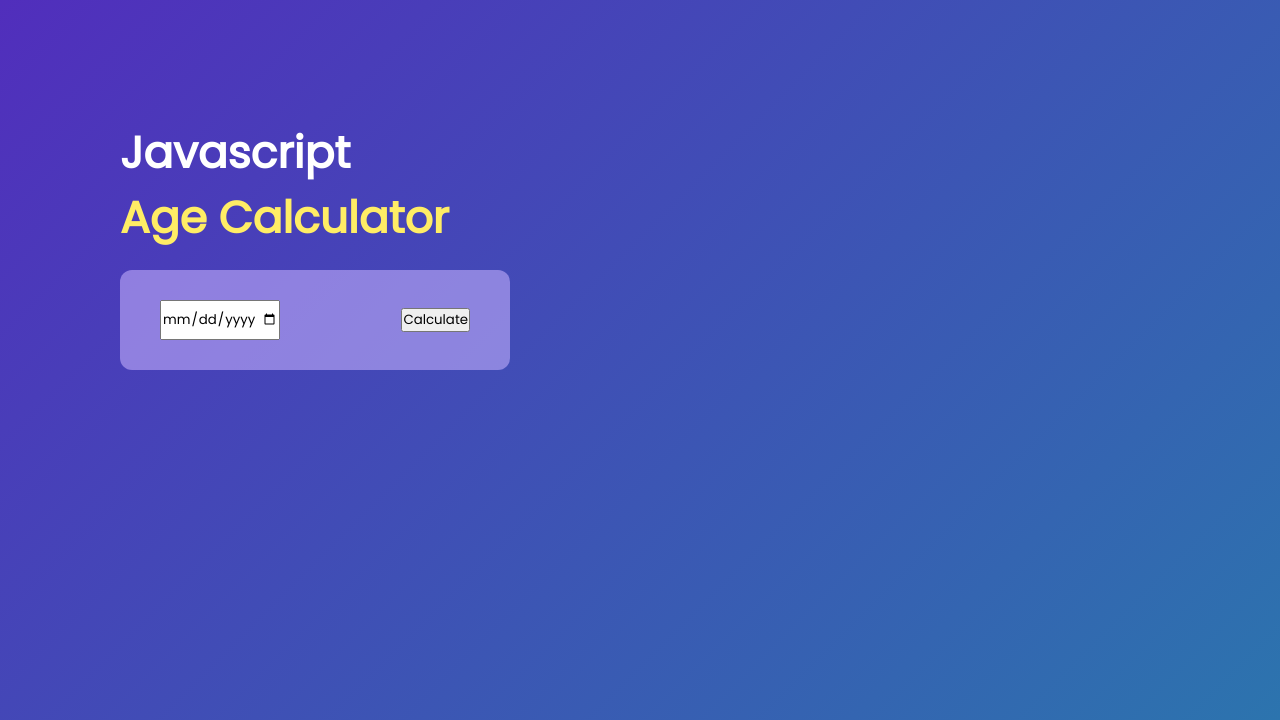
Repository: Ankitkr2021/Age-Calculator
Page: index.html
An editor plug-in stored every save of this project. The page is shown before and after the next save, followed by the edit.
The browser window is 1280 px wide. The pictures show the whole page.

Above is the page before, as saved 2025-10-05 10:29:17.

After the next save:
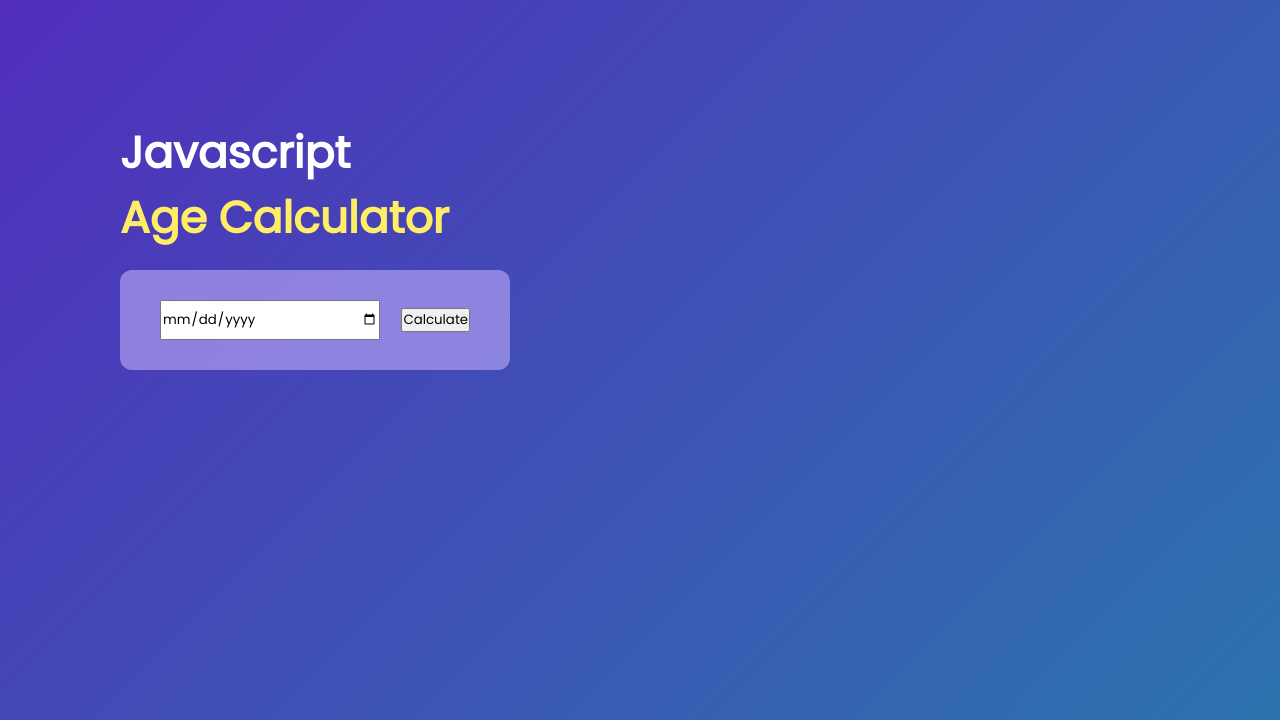
Saved 7 s later.
--- a/style.css
+++ b/style.css
@@ -49,6 +49,6 @@
 }
 
 input {
-    width: 120px;
+    width: 220px;
     height: 40px;
 }
